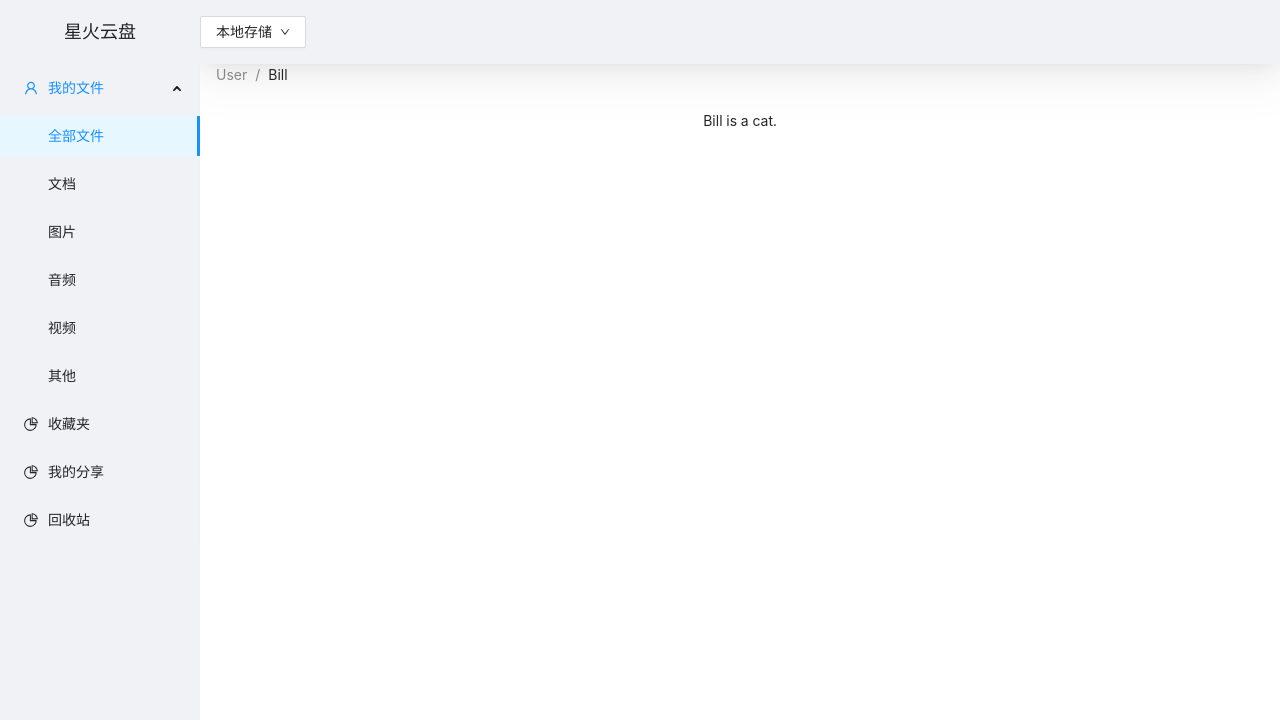
Repository: xstnet/starfire-cloud-fe
Page: /
The author's editor kept a copy of each file at every save. The page is drawn from the files as they stood at one save, then again after the next save.
The browser window is 1280 px wide. The pictures show the whole page.
The project was rebuilt for these pictures with package versions that can differ from the ones it lists, and the page was loaded fresh each time. Also part of the build but not shown: craco.config.js.

Above is the page before, as saved 2021-09-12 22:00:48.

After the next save:
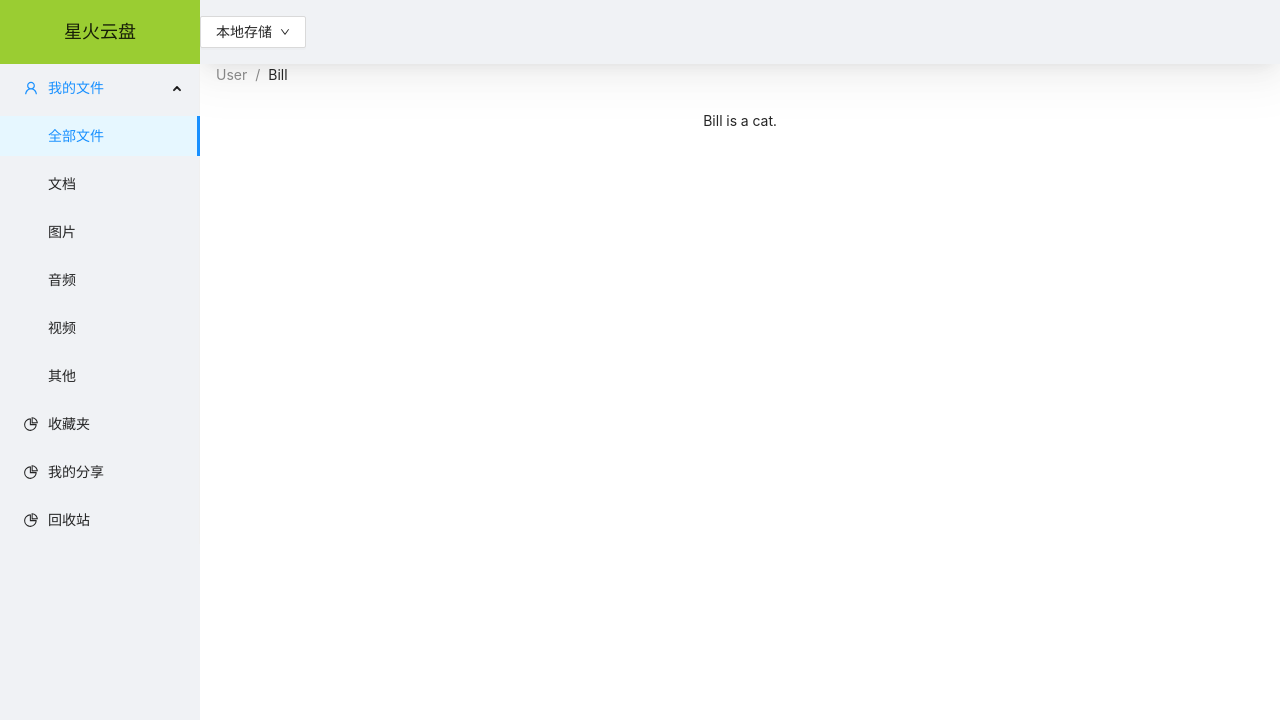
Saved 7 s later.
--- a/src/page/layout/main.less
+++ b/src/page/layout/main.less
@@ -12,7 +12,7 @@
         line-height: 64px;
         text-align: center;
         font-size: 18px;
-
+        background-color: yellowgreen;
       }
 
       .ant-menu {
